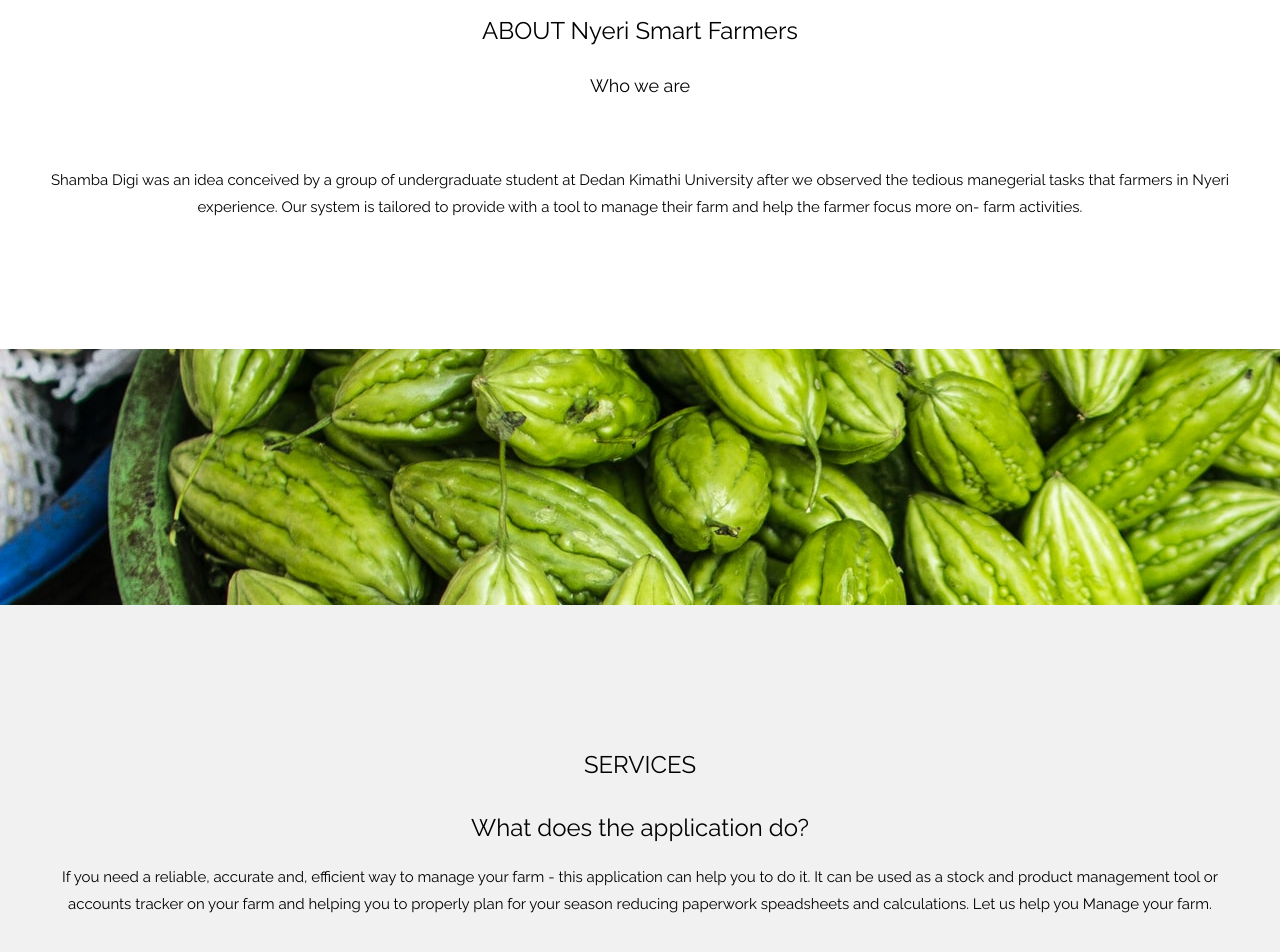
Repository: LaukeyMwaura/smart-farmers-
Page: views/index.html
The author's editor kept a copy of each file at every save. The page is drawn from the files as they stood at one save, then again after the next save.
The browser window is 1280 px wide. The pictures show the part of the page from y = 849 to 1801 px (the page is 4400 px tall).

Above is the page before, as saved 2022-05-25 10:06:54.

After the next save:
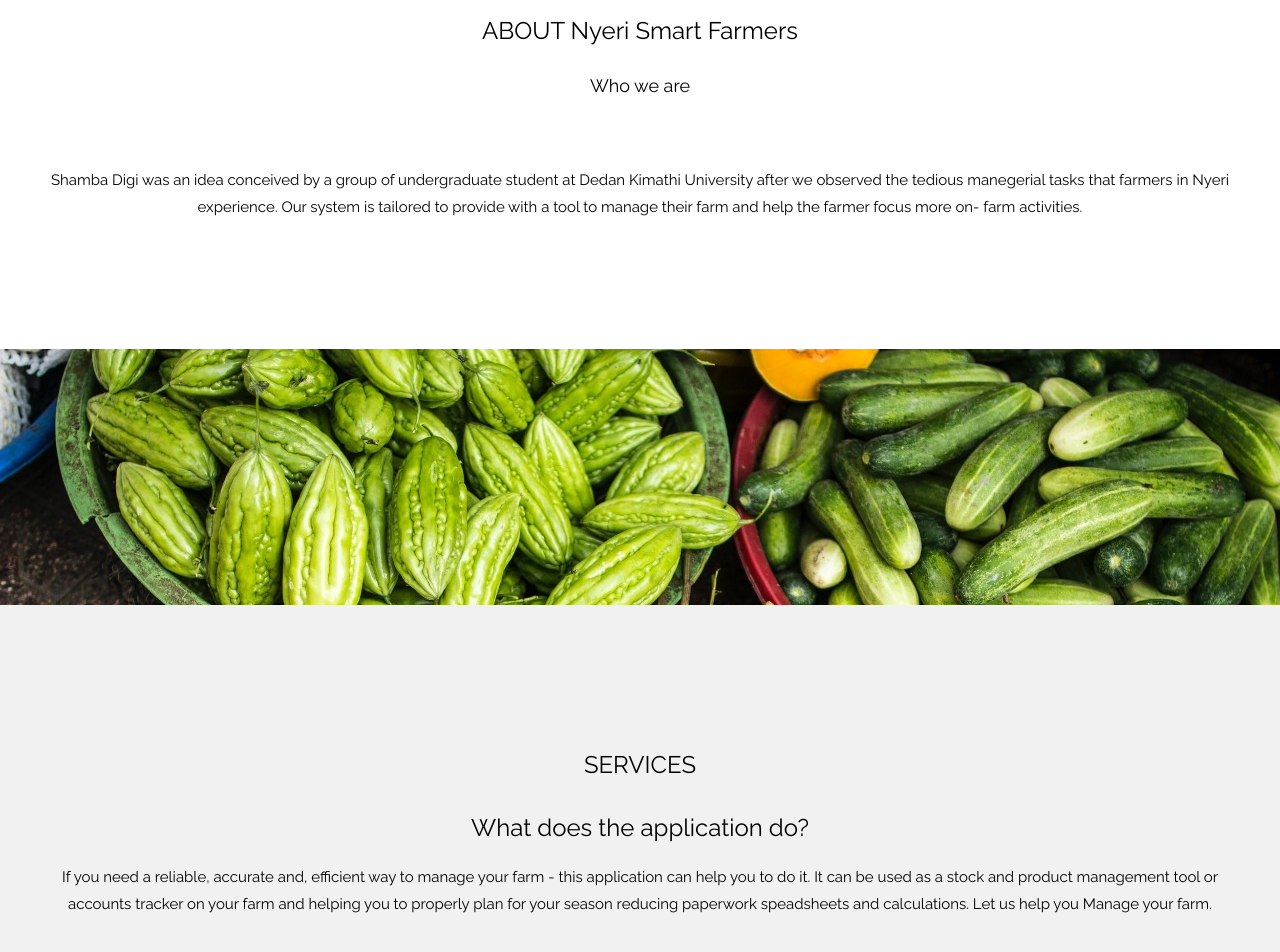
Saved 14 s later.
--- a/views/index.html
+++ b/views/index.html
@@ -86,7 +86,7 @@
     Shamba Digi was an idea conceived by a group of undergraduate student at Dedan Kimathi University after we observed the tedious manegerial tasks that farmers in Nyeri experience. Our system is tailored to provide with a tool to manage their farm and help the farmer focus more on- farm activities.
   </div>
 </div>
-<div class="w3-container" style="padding:128px 16px; background-image: url(/public/images/megan-thomas-xMh_ww8HN_Q-unsplash.jpg);"></div>
+<div class="w3-container" style="padding:128px 16px; background-image: url(../images/carrots.jpeg);"></div>
 
 <div class="w3-container w3-light-grey" style="padding:128px 16px" id="services">
   <h3 class="w3-center">SERVICES</h3>
